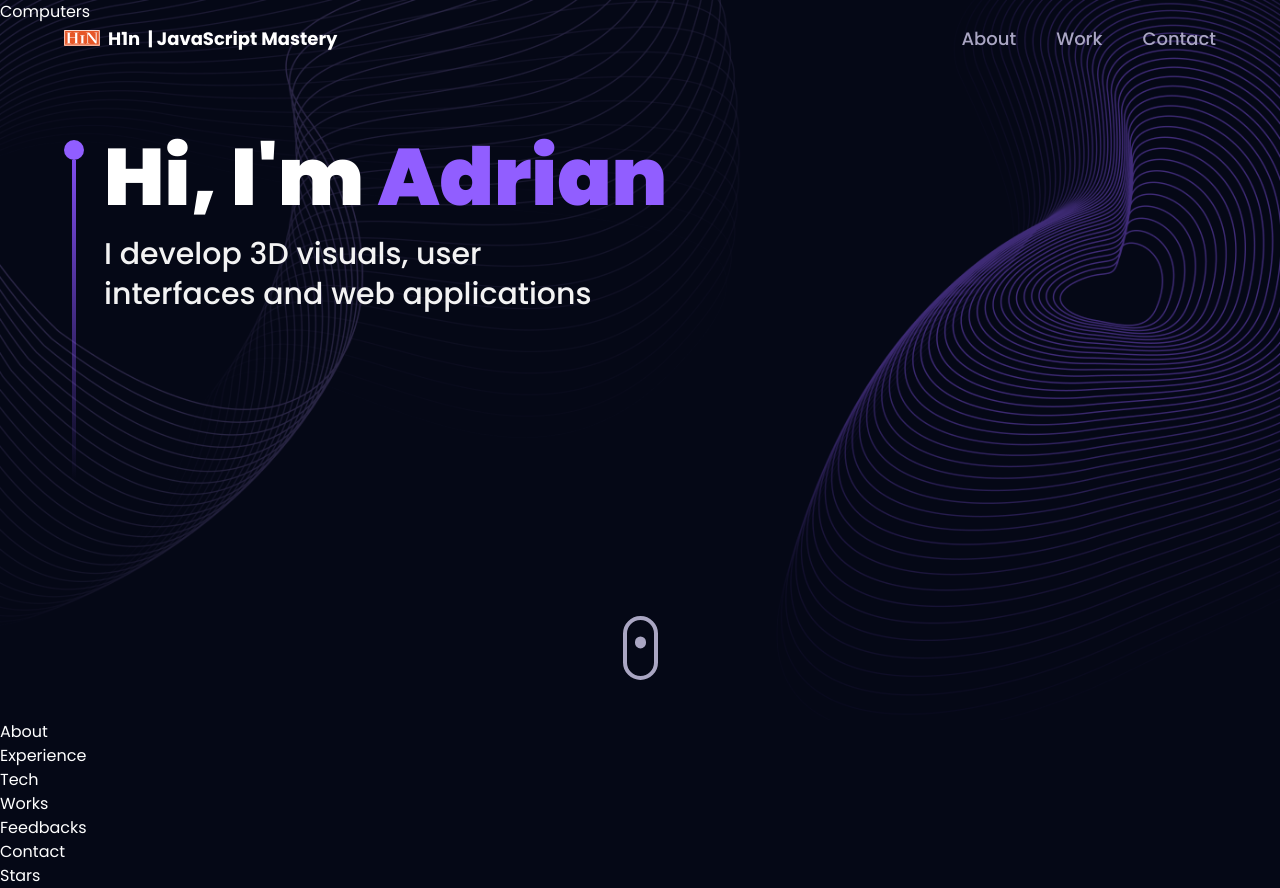
Repository: truonghuynhquy/3D_Portfolio
Page: /
These files come from the project's save history. The page is drawn as it stood at one moment and after the next save; the edit follows.
The browser window is 1280 px wide. The pictures show the whole page.
The project was rebuilt for these pictures with package versions that can differ from the ones it lists, and the page was loaded fresh each time. Also part of the build but not shown: vite.config.js, src/components/canvas/Earth.jsx, src/components/canvas/Ball.jsx. Imported but missing from the stored project, and not drawn on this page: src/components/hoc, src/components/styles, src/components/utils/motion.

Above is the page before, as saved 2023-04-08 11:06:00.

After the next save:
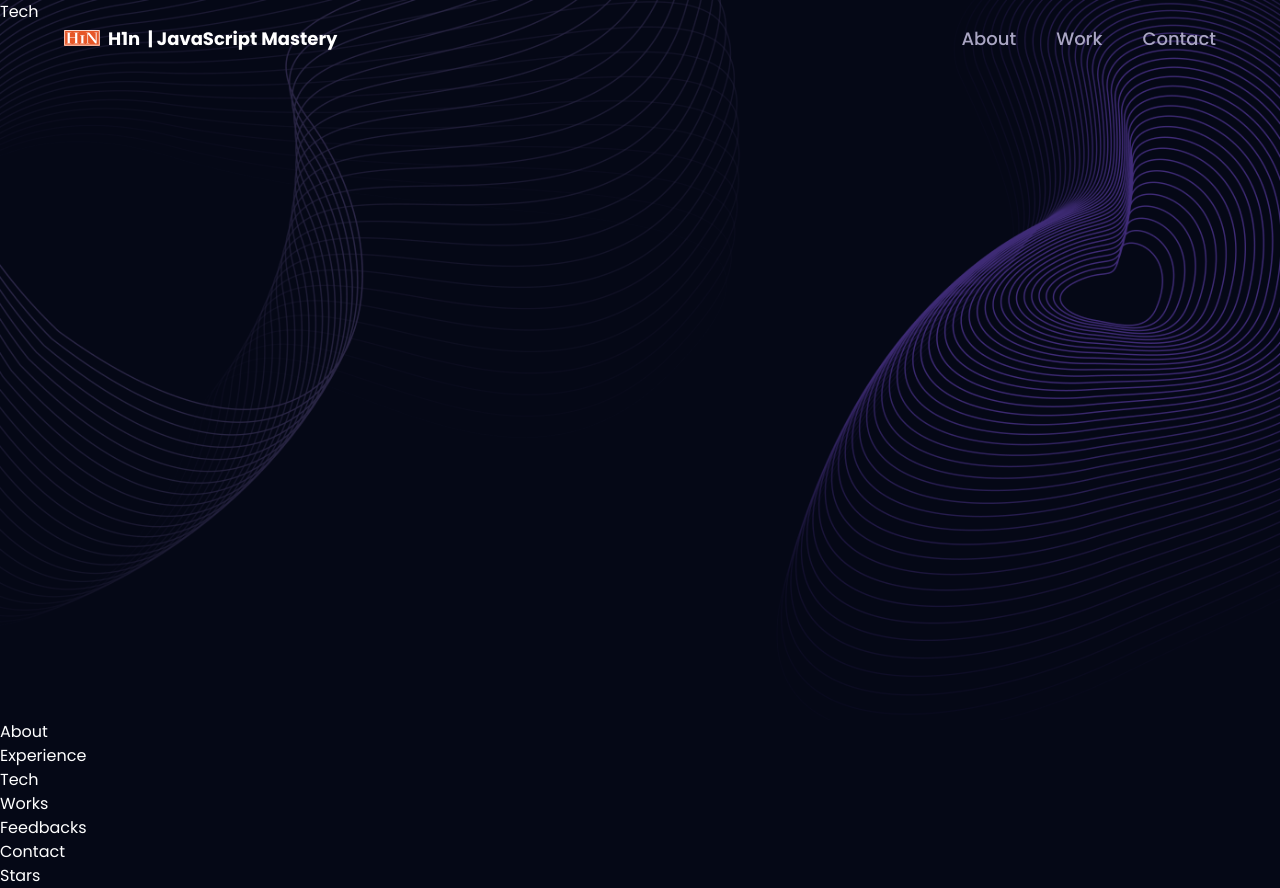
Saved 7 h 6 min later.
--- a/src/components/Hero.jsx
+++ b/src/components/Hero.jsx
@@ -4,48 +4,7 @@ import { styles } from "../styles";
 import { ComputersCanvas } from "./canvas";
 
 const Hero = () => {
-  return (
-    <section className={`relative w-full h-screen mx-auto`}>
-      <div
-        className={`absolute inset-0 top-[120px]  max-w-7xl mx-auto ${styles.paddingX} flex flex-row items-start gap-5`}
-      >
-        <div className='flex flex-col justify-center items-center mt-5'>
-          <div className='w-5 h-5 rounded-full bg-[#915EFF]' />
-          <div className='w-1 sm:h-80 h-40 violet-gradient' />
-        </div>
-
-        <div>
-          <h1 className={`${styles.heroHeadText} text-white`}>
-            Hi, I'm <span className='text-[#915EFF]'>Adrian</span>
-          </h1>
-          <p className={`${styles.heroSubText} mt-2 text-white-100`}>
-            I develop 3D visuals, user <br className='sm:block hidden' />
-            interfaces and web applications
-          </p>
-        </div>
-      </div>
-
-      <ComputersCanvas />
-
-      <div className='absolute xs:bottom-10 bottom-32 w-full flex justify-center items-center'>
-        <a href='#about'>
-          <div className='w-[35px] h-[64px] rounded-3xl border-4 border-secondary flex justify-center items-start p-2'>
-            <motion.div
-              animate={{
-                y: [0, 24, 0],
-              }}
-              transition={{
-                duration: 1.5,
-                repeat: Infinity,
-                repeatType: "loop",
-              }}
-              className='w-3 h-3 rounded-full bg-secondary mb-1'
-            />
-          </div>
-        </a>
-      </div>
-    </section>
-  );
+    return <div>Tech</div>;
 };
 
 export default Hero;
